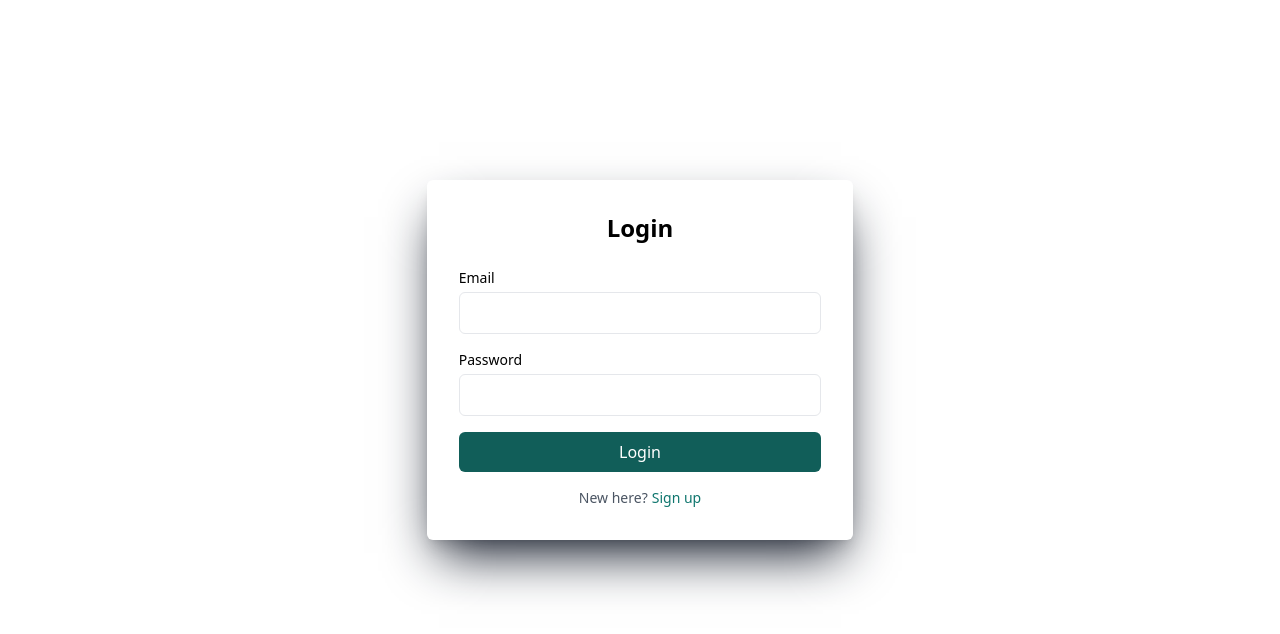
Repository: alizey12/POS-React-website
Page: /
The author's editor kept a copy of each file at every save. The page is drawn from the files as they stood at one save, then again after the next save.
The browser window is 1280 px wide. The pictures show the whole page.
The project was rebuilt for these pictures with package versions that can differ from the ones it lists, and the page was loaded fresh each time. Also part of the build but not shown: vite.config.js, src/navbar.jsx, src/sidebar.jsx, src/Dashboard.jsx.

Above is the page before, as saved 2024-12-31 15:40:05.

After the next save:
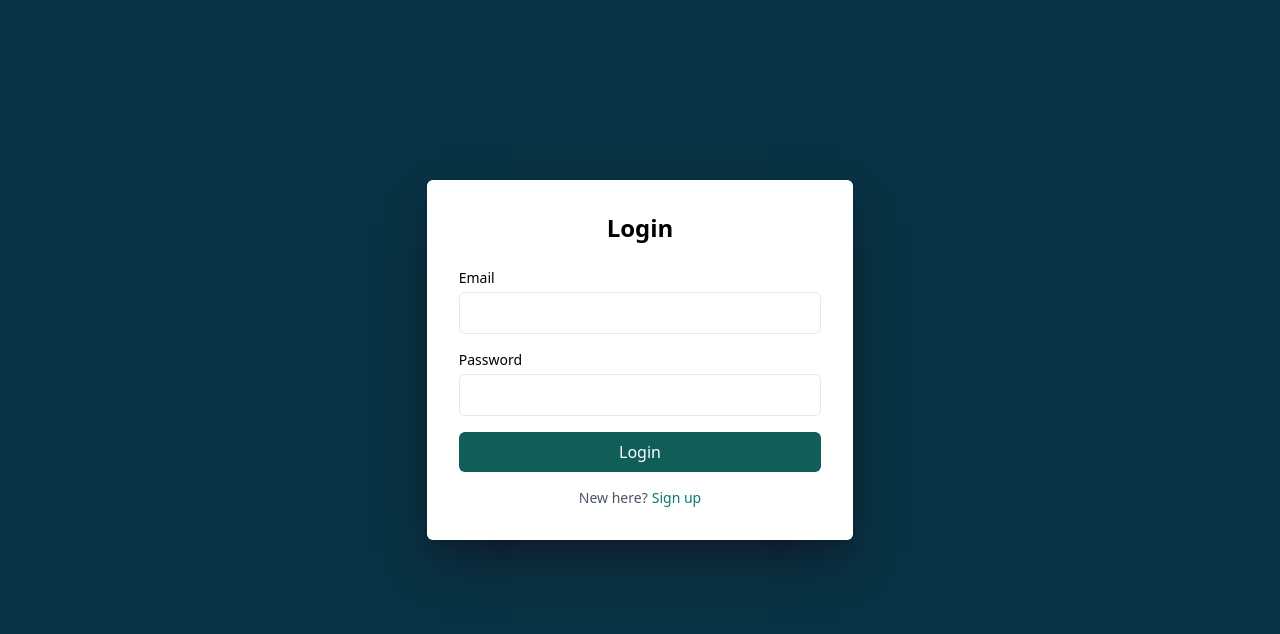
Saved 11 s later.
--- a/src/login.jsx
+++ b/src/login.jsx
@@ -53,7 +53,7 @@
   };
 
   return (
-    <div className="flex items-center justify-center min-h-screen bg to-yellow-500">
+    <div className="flex items-center justify-center min-h-screen bg-cyan-950 to-yellow-500">
       <div className=" bg-white w-1/3 shadow-lg rounded-lg">
 
         <div className="w-full bg-white rounded-md shadow-gray-900 shadow-2xl p-8 justify-center">

After the save that followed:
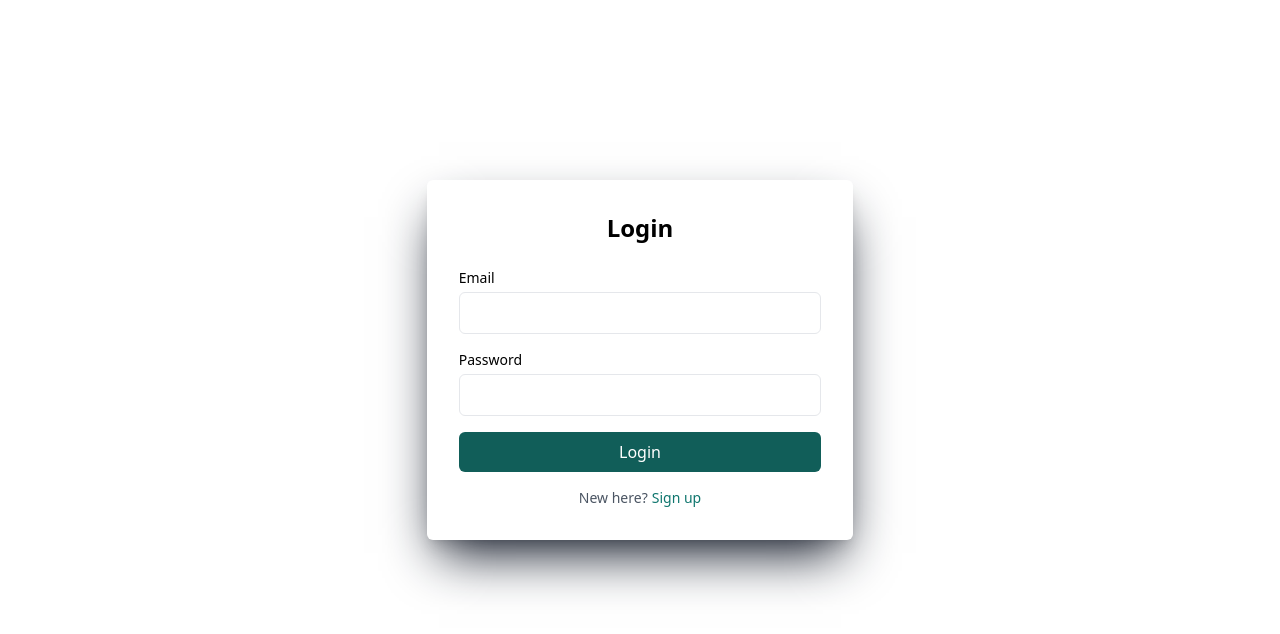
Saved 12 s later.
--- a/src/login.jsx
+++ b/src/login.jsx
@@ -53,7 +53,7 @@
   };
 
   return (
-    <div className="flex items-center justify-center min-h-screen bg-cyan-950 to-yellow-500">
+    <div className="flex items-center justify-center min-h-screen bg to-yellow-500">
       <div className=" bg-white w-1/3 shadow-lg rounded-lg">
 
         <div className="w-full bg-white rounded-md shadow-gray-900 shadow-2xl p-8 justify-center">
